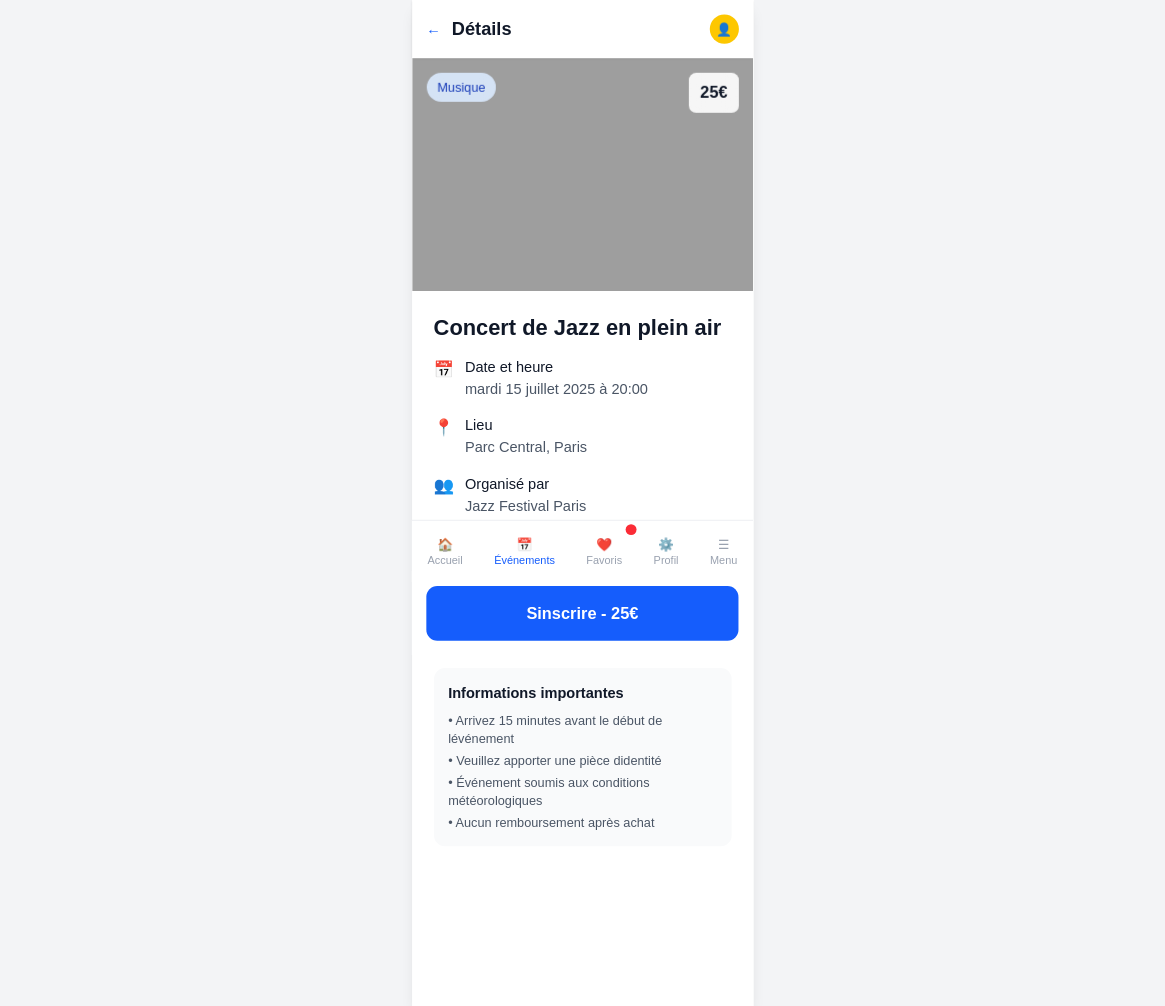
Repository: prince-dev41/pwa
Page: /events/1
These files come from the project's save history. The page is drawn as it stood at one moment and after the next save; the edit follows.
The browser window is 1280 px wide. The pictures show the whole page, at 91% of full size.
Pictures or frames that could not be fetched are drawn as grey boxes. The project was rebuilt for these pictures with package versions that can differ from the ones it lists, and the page was loaded fresh each time. The framework's server and built-in components were replaced by stand-ins that run in the browser. Also part of the build but not shown: next.config.mjs.

Above is the page before, as saved 2025-06-27 09:34:58.

After the next save:
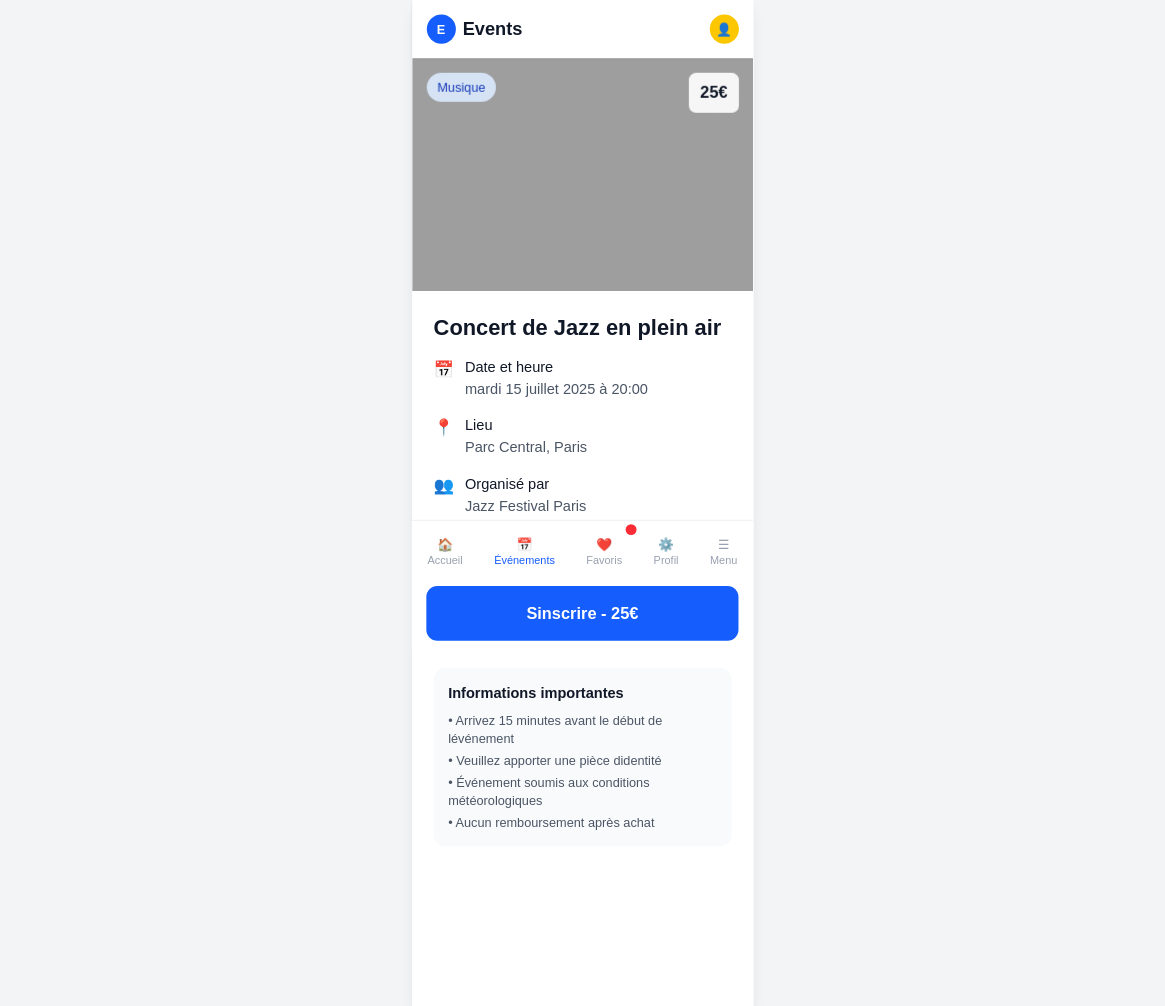
Saved 11 s later.
--- a/app/events/[id]/page.js
+++ b/app/events/[id]/page.js
@@ -89,11 +89,11 @@ export default async function EventDetailPage({params}) {
       {/* Header */}
       <header className="bg-white shadow-sm p-4 sticky top-0 z-10">
         <div className="flex items-center justify-between">
-          <div className="flex items-center gap-3">
-            <Link href="/events" className="text-blue-600">
-              ←
-            </Link>
-            <h1 className="text-xl font-semibold text-gray-900">Détails</h1>
+          <div className="flex items-center gap-2">
+            <div className="w-8 h-8 bg-blue-600 rounded-full flex items-center justify-center">
+              <span className="text-white text-sm font-bold">E</span>
+            </div>
+            <h1 className="text-xl font-semibold text-gray-900">Events</h1>
           </div>
           <div className="w-8 h-8 bg-yellow-400 rounded-full flex items-center justify-center">
             <span className="text-black text-sm">👤</span>
